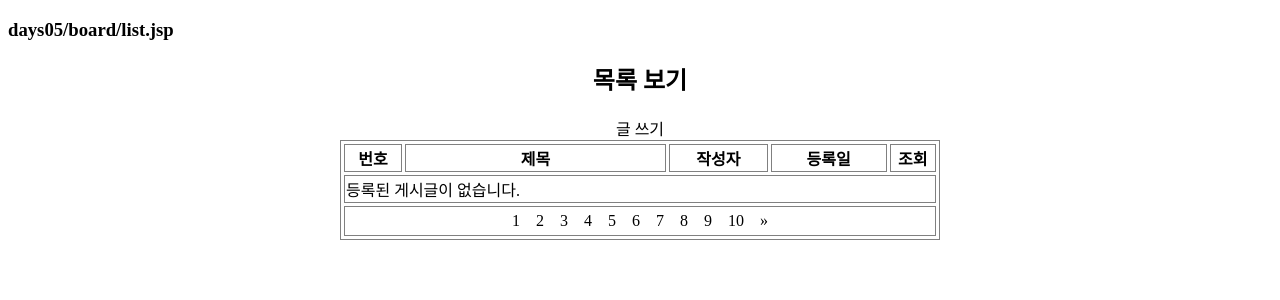
Repository: JavaYoo/kakao-emoticon-web-clone
Page: http://localhost/jspPro/days08/board/list.jsp
These files come from the project's save history. The page is drawn as it stood at one moment and after the next save; the edit follows.
The browser window is 1280 px wide. The pictures show the whole page.
The page is served by Tomcat 9. Other server files are loaded and not shown.

Above is the page before, as saved 2022-06-20 05:42:19.

### jspPro/src/main/webapp/days08/board/list.jsp
<%@ page contentType="text/html; charset=UTF-8" pageEncoding="UTF-8"%>
<%@ taglib prefix="c" uri="http://java.sun.com/jsp/jstl/core" %>
<%@ include file="/include.jspf" %>
<!DOCTYPE html>
<html>
<head>
<meta charset="UTF-8">
<meta name="viewport" content="width=device-width, initial-scale=1.0">
<title>2022. 6. 20. - 오후 12:43:10</title>
<link rel="shortcut icon "type = "image/x-icon" href = "../images/SiSt.ico">
<script src="https://ajax.googleapis.com/ajax/libs/jquery/3.6.0/jquery.min.js"></script>
<style>
table, td, th {
   border: solid 1px gray;
}

table {
   border-spacing: 3px;
   border-collapse: separate;
}

table, tr, td {
   /* border-radius: 3px; */
   /* padding:3px;  */

}

tbody tr  td:nth-of-type(2) {
   text-align: left;
}

a {
   text-decoration: none;
   color: black;
}

a:hover {
   color: red;
}
</style>
<!-- 페이징 처리 style -->
<style>
.pagination {
   margin: 0 auto;
   display: flex;
   justify-content: center;
}

.pagination a {
   color: black;
   float: left;
   padding: 4px 8px;
   text-decoration: none;
   transition: background-color .3s;
}

.pagination a.active {
   background-color: dodgerblue;
   color: white;
}

.pagination a:hover:not (.active ) {
   background-color: #ddd;
}
</style>
<style>
.searchWord {
   background-color: yellow;
   color: red;
}
</style>
<style>
.title {
   display: inline-block;
   white-space: nowrap;
   width: 90%;
   overflow: hidden;
   text-overflow: ellipsis;
}
</style>
</head>
<body>

<h3>days05/board/list.jsp</h3>

<div align="center">
	<h2>목록 보기</h2>
	<a href="<%=contextPath %>/cstvsboard/list.htm">글 쓰기</a>
	<table style="width:600px">
		<thead>
			<tr>
				<th width="10%">번호</th>
				<th width="45%">제목</th>
				<th width="17%">작성자</th>
				<th width="20%">등록일</th>
				<th width="10%">조회</th>
			</tr>
		</thead>
		<tbody>
			<!-- EL 연산자 -->
			<c:if test="${ empty list }">
				<tr>
					<td colspan="5">등록된 게시글이 없습니다.</td>
				</tr>
			</c:if>
			<!-- not EL 연산자 -->
			<c:if test="${ not empty list }">
				<!-- request.setAttribute("list",list) -->
				<c:forEach items="${ list }" var="dto">
					<tr>
						<td>${ dto.seq }</td>
						<td>${ dto.title }</td>
						<td>${ dto.writer }</td>
						<td>${ dto.writedate }</td>
						<td>${ dto.readed }</td>
					</tr>
				</c:forEach>
			</c:if>
		</tbody>
		<tfoot>
			<tr>
				<td colspan="5" align="center">
					<div class="pagination">
					<a href="#">1</a>
					<a href="<%= contextPath%>/cstvboard/list.htm?currentpage=2">2</a>
					<a href="<%= contextPath%>/cstvboard/list.htm?currentpage=3">3</a>
					<a href="<%= contextPath%>/cstvboard/list.htm?currentpage=4">4</a>
					<a href="<%= contextPath%>/cstvboard/list.htm?currentpage=5">5</a>
					<a href="<%= contextPath%>/cstvboard/list.htm?currentpage=6">6</a>
					<a href="<%= contextPath%>/cstvboard/list.htm?currentpage=7">7</a>
					<a href="<%= contextPath%>/cstvboard/list.htm?currentpage=8">8</a>
					<a href="<%= contextPath%>/cstvboard/list.htm?currentpage=9">9</a>
					<a href="<%= contextPath%>/cstvboard/list.htm?currentpage=10">10</a>
					<a href="<%= contextPath%>/cstvboard/list.htm?currentpage=11">&raquo;</a>
					</div>
				</td>
			</tr>
		</tfoot>
	</table>
</div>


</body>
</html>

### jspPro/src/main/webapp/include.jspf
<%@ page contentType="text/html; charset=UTF-8" pageEncoding="UTF-8"%>
<%
    String contextPath = request.getContextPath();
    request.setCharacterEncoding("UTF-8");
%>

After the next save:
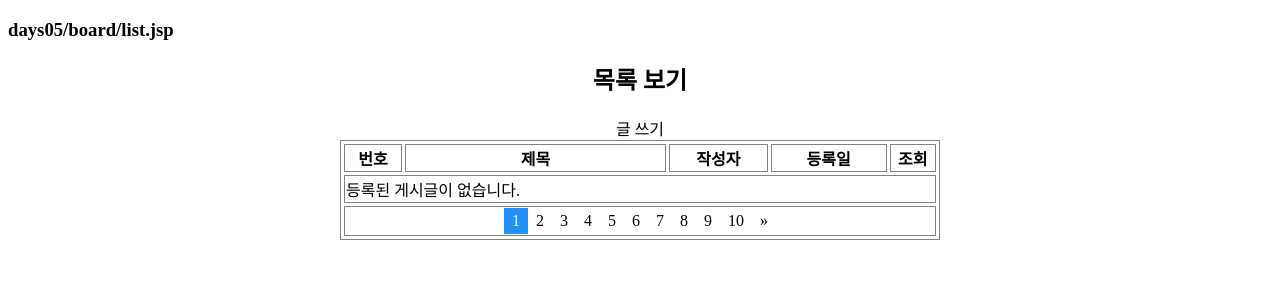
Saved 30 s later.
--- a/jspPro/src/main/webapp/days08/board/list.jsp
+++ b/jspPro/src/main/webapp/days08/board/list.jsp
@@ -121,7 +121,7 @@
 			<tr>
 				<td colspan="5" align="center">
 					<div class="pagination">
-					<a href="#">1</a>
+					<a href="#" class="active">1</a>
 					<a href="<%= contextPath%>/cstvboard/list.htm?currentpage=2">2</a>
 					<a href="<%= contextPath%>/cstvboard/list.htm?currentpage=3">3</a>
 					<a href="<%= contextPath%>/cstvboard/list.htm?currentpage=4">4</a>
